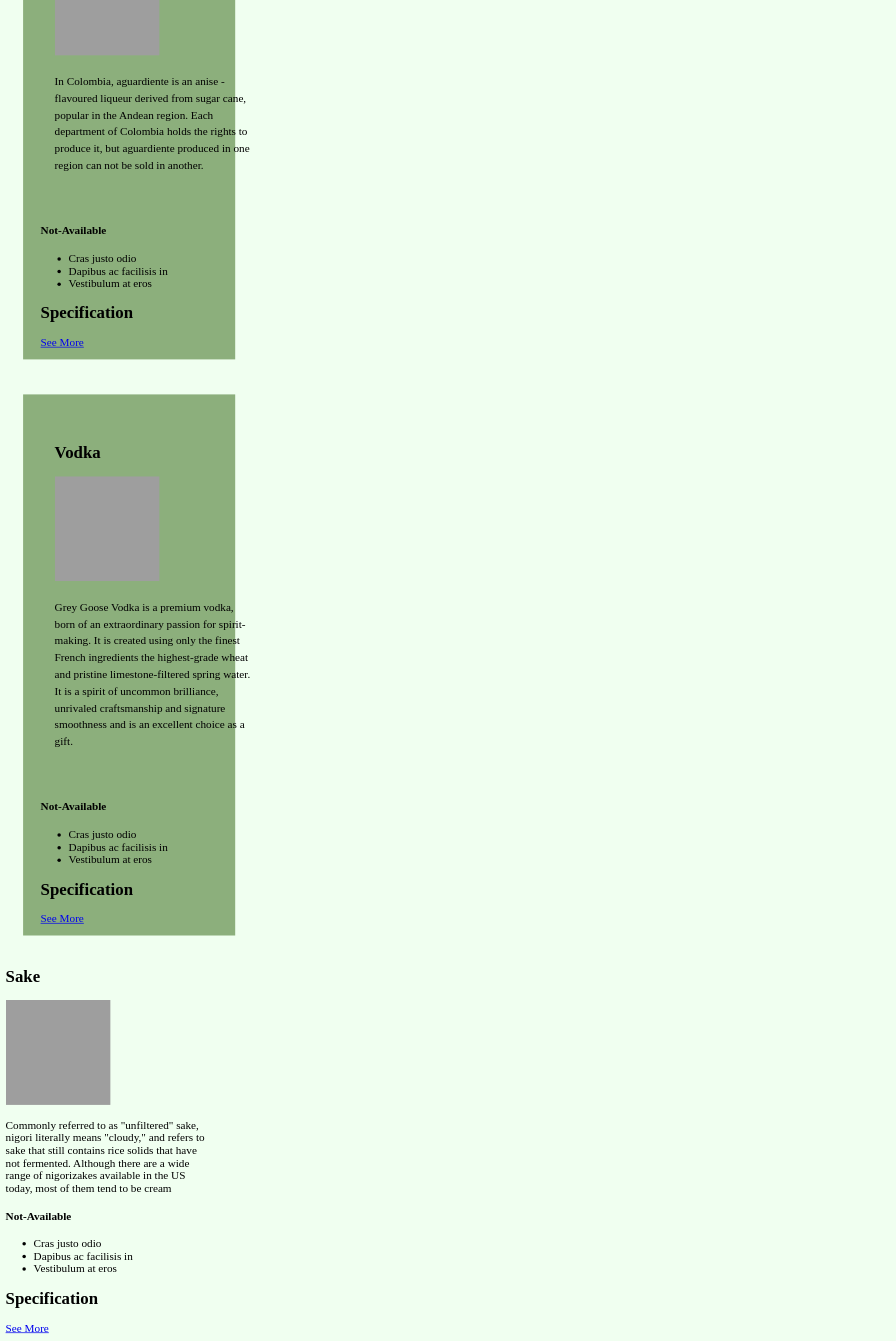
Repository: ZamlZam/REPO-11
Page: product-cards/index.html
An editor plug-in stored every save of this project. The page is shown before and after a run of saves, followed by the edit.
The browser window is 1280 px wide. The pictures show the part of the page from y = 1818 to 3738 px (the page is 3733 px tall before and 3738 px after), at 70% of full size.
Pictures or frames that could not be fetched are drawn as grey boxes.

Above is the page before, as saved 2023-04-14 20:38:47.

After the next 4 saves:
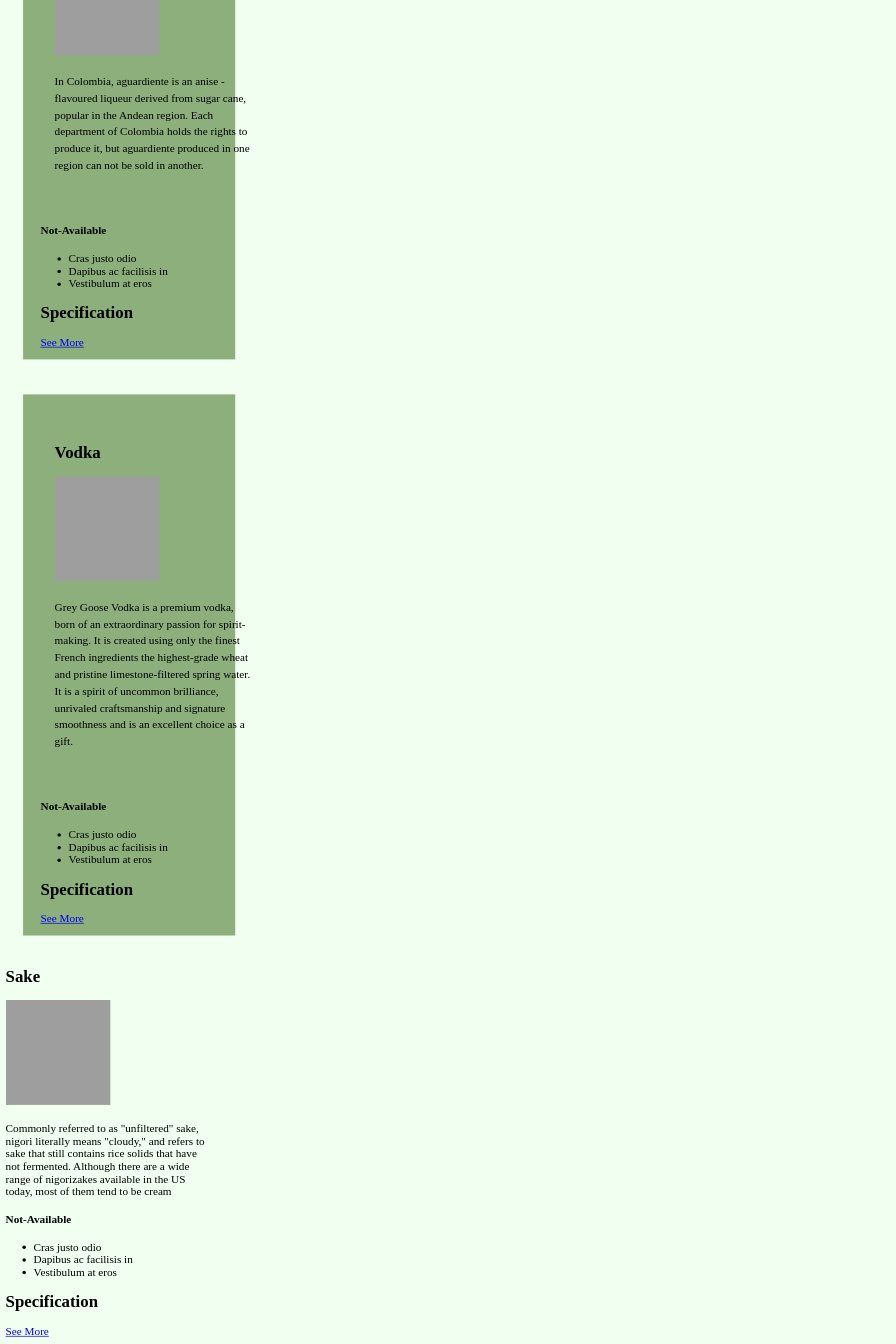
The 4 saves are shown as one change because they came seconds apart.
The last was saved 21 s later.
--- a/product-cards/main.css
+++ b/product-cards/main.css
@@ -206,3 +206,48 @@
 }
 
 /**/
+
+.card-wrap4 {
+  padding: 25px;
+
+  width: 20%;
+  height: 100%;
+  display: flex;
+  justify-content: space-between;
+  flex-wrap: wrap;
+}
+
+.card-wrap4 .card-item4 {
+  padding: 15px 25px;
+  width: 100%;
+  background-color:rgb(140, 175, 124);
+}
+
+.card-wrap4 .card4 {
+  padding: 35px 20px;
+  border-radius: 5px;
+  min-width: 225px;
+  min-height: 300px;
+
+}
+
+.card-wrap5 .card5 img{
+  margin-bottom: 5px;
+}
+
+.card-wrap4 .card4 .vodka{
+  color:rgb(190, 207, 89);
+  font-weight: 900;
+  letter-spacing: 2px;
+  font-size: 35px;
+  white-space: nowrap;
+  justify-content: center;
+  text-align: center;
+  align-items: center;
+}
+
+.card-wrap4 .card4 .card-body4{
+  font-style: 14px;
+  line-height: 24px;
+  color:black;
+}
